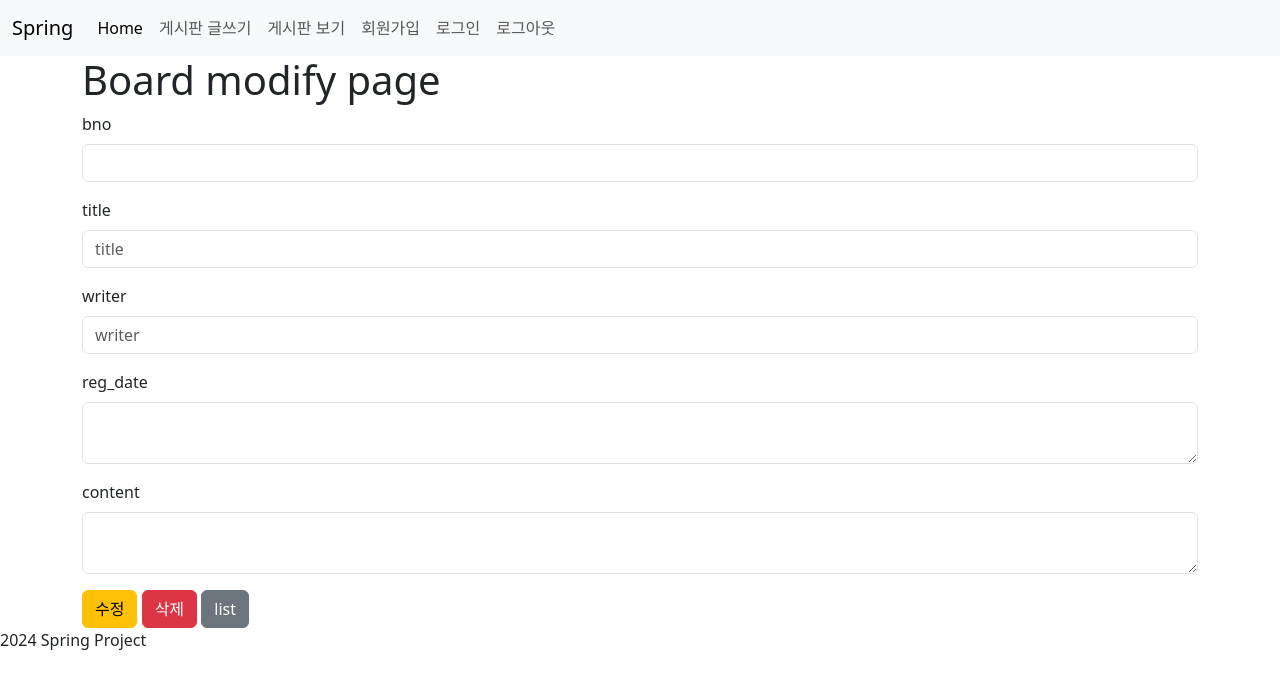
Repository: kimnoanoa/springTest240430
Page: http://localhost/spring_study/WEB-INF/views/board/modify.jsp
These files come from the project's save history. The page is drawn as it stood at one moment and after the next save; the edit follows.
The browser window is 1280 px wide. The pictures show the whole page.
The page is served by Tomcat 9. Nobody is signed in. The template is opened directly, without the code that normally fills it, so the values that code supplies are empty.

Above is the page before, as saved 2024-04-24 05:59:48.

After the next save:
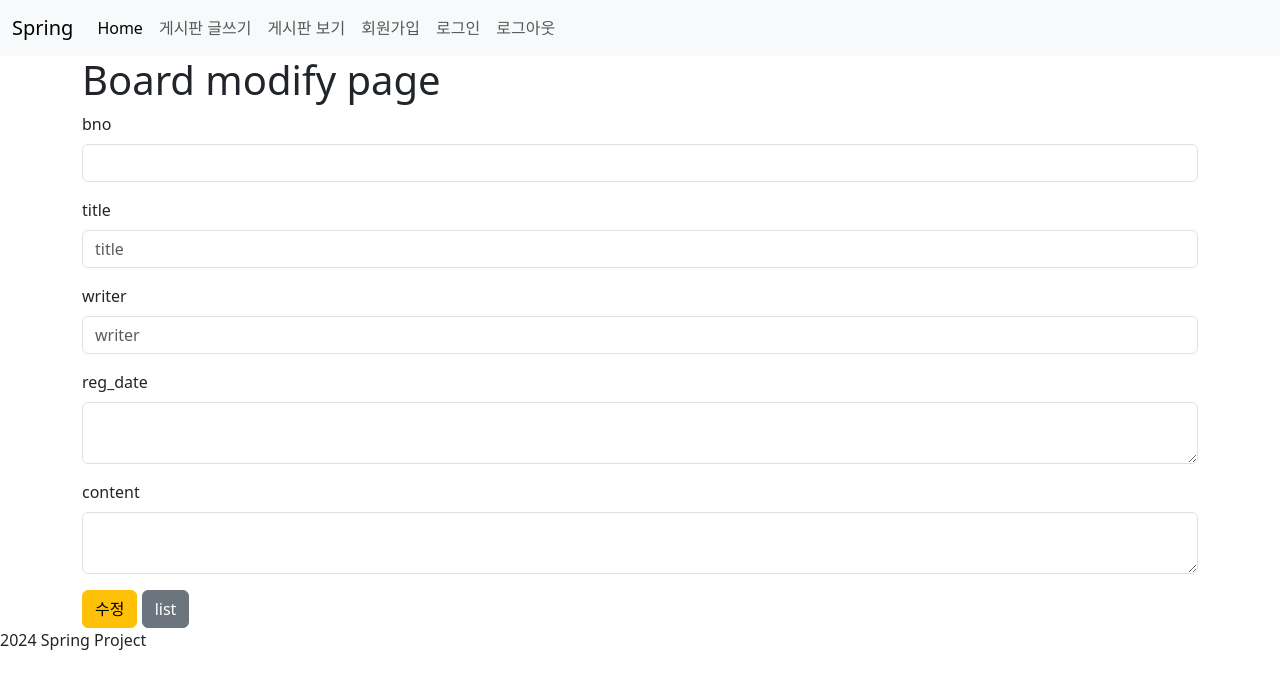
Saved 45 s later.
--- a/spring_study/src/main/webapp/WEB-INF/views/board/modify.jsp
+++ b/spring_study/src/main/webapp/WEB-INF/views/board/modify.jsp
@@ -25,7 +25,7 @@
 			  <textarea class="form-control" id="c" aria-label="With textarea" name="content"></textarea>
 			</div>
 			<a><button type="button" class="btn btn-warning">수정</button></a>
-			<a><button type="button" class="btn btn-danger">삭제</button></a>
+			<!-- <a><button type="button" class="btn btn-danger">삭제</button></a> -->
 			<a><button type="button" class="btn btn-secondary">list</button></a>
 
 	</div>
